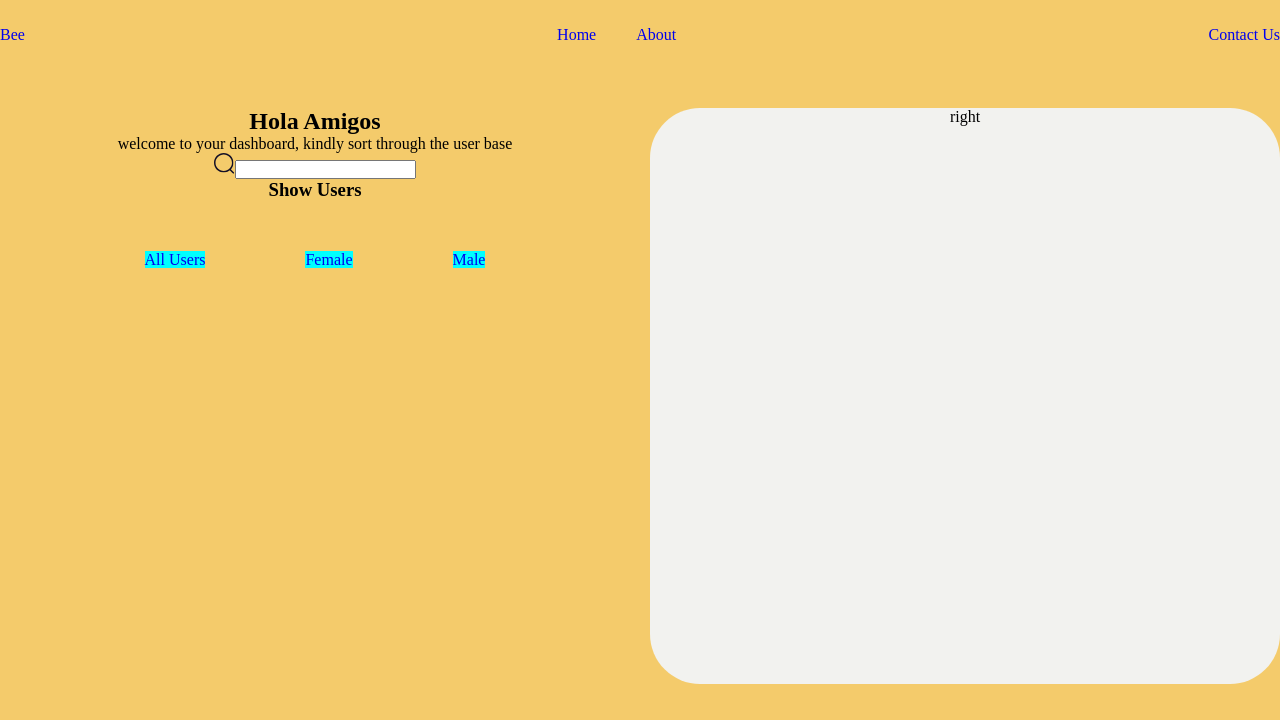
Repository: ble-syn/Random-user-generator-app
Page: /
An editor plug-in stored every save of this project. The page is shown before and after the next save, followed by the edit.
The browser window is 1280 px wide. The pictures show the whole page.
The project was rebuilt for these pictures with package versions that can differ from the ones it lists, and the page was loaded fresh each time. Also part of the build but not shown: src/pages/About.jsx, src/pages/Policy.jsx, src/pages/Terms.jsx, src/pages/Contact.jsx, src/pages/NotFound.jsx.

Above is the page before, as saved 2022-10-26 00:56:14.

### src/index.css
*{
  margin: 0;
  padding: 0;
  box-sizing: border-box;
}
a {
  text-decoration: none;
}

body {
  background-color: #F4CB6B;
}
.container {
  width: 100%;
  max-width: 1300px;
  margin: 0 auto;

  text-align: center;
}

nav {
  display: flex;
  justify-content: space-between;
  margin: 2% 0 5%;
}
.menu {
  margin: 0 20px;
}

.home-container{
  display: flex;
  justify-content: center;
}
/* LEFT STYLES */
#left {
  flex: 5;
}
.user-link-cont {
  margin-top: 50px;
}
.user-link{
  margin: 0 50px;
  height: 100px;
  background-color: aqua;
  width: 180px;
}

#right{
  height: 80vh;
 flex: 5;
  margin-left: 20px;
  background-color: #F2F2EF;
  border-radius: 50px;
}

### src/App.js
import { BrowserRouter as Router, Routes, Route, Navigate} from "react-router-dom";
import Navbar from "./components/Navbar";
import Home from "./pages/Home";
import About from "./pages/About";
import Policy from "./pages/Policy";
import Terms from "./pages/Terms";
import Contact from "./pages/Contact";
import NotFound from "./pages/NotFound";

function App() {
  return (
    <div className="container">
      <Router>
      <Navbar />
        <Routes>
          <Route path="/" element={<Home />} />
          <Route path="/about" element={<About />}>
            <Route path="policy" element={<Policy />} />
            <Route path="terms" element={<Terms />} />
          </Route>
          <Route path="/contact" element={<Contact />} />
          <Route path="/not-found" element={<NotFound />} />
          <Route path="*" element={<Navigate to="/not-found" />} />
        </Routes>
      </Router>

    </div>
  );
}

export default App;

### src/components/Navbar.jsx
import React from "react";
import { Link } from "react-router-dom";

function Navbar() {
    return (
      <nav className="header">
        <div className="logo">
          <Link to="/">Bee</Link>
        </div>


        <div>
            <Link to="/about" className="menu">Home</Link>

            <Link to="/contact" className="menu">About</Link>
        </div>
        <div>
            <Link to="/">Contact Us</Link>
        </div>
      </nav>
    );
  }

export default Navbar;

### src/pages/Home.jsx
import React from "react";
import { Link } from "react-router-dom";
import { ReactComponent as Search } from "../assets/Search.svg"

function Home() {
  return (
    <div className="home-container">
      <div id="left">
        <h2>Hola Amigos</h2>
        <p>welcome to your dashboard, kindly sort through the user base</p>
        <form action="">
          <Search />
          <input type="text" name="" id="" />
        </form>
        <h3>Show Users</h3>
        <div className="user-link-cont">
          <Link className="user-link all-user" to="/login">All Users</Link>
          <Link className="user-link female-user" to="/register">Female</Link>
          <Link className="user-link male-user" to="/about">Male</Link>
        </div>
      </div>
      <div id="right">
        right
      </div>
    </div>
  );
}

export default Home;

Loaded but not shown: public/index.html (common file); src/index.js (common file); src/reportWebVitals.js (common file)

After the next save:
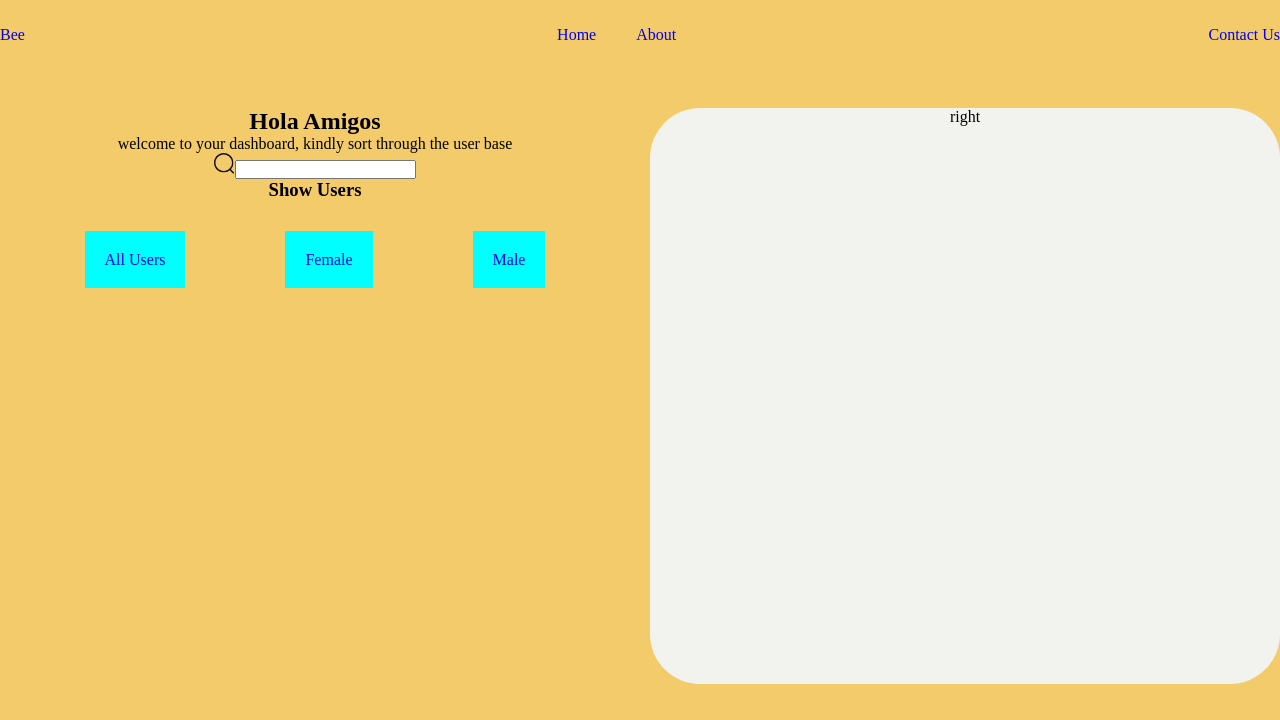
Saved 14 s later.
--- a/src/index.css
+++ b/src/index.css
@@ -40,7 +40,7 @@ nav {
 }
 .user-link{
   margin: 0 50px;
-  height: 100px;
+padding: 20px;
   background-color: aqua;
   width: 180px;
 }
